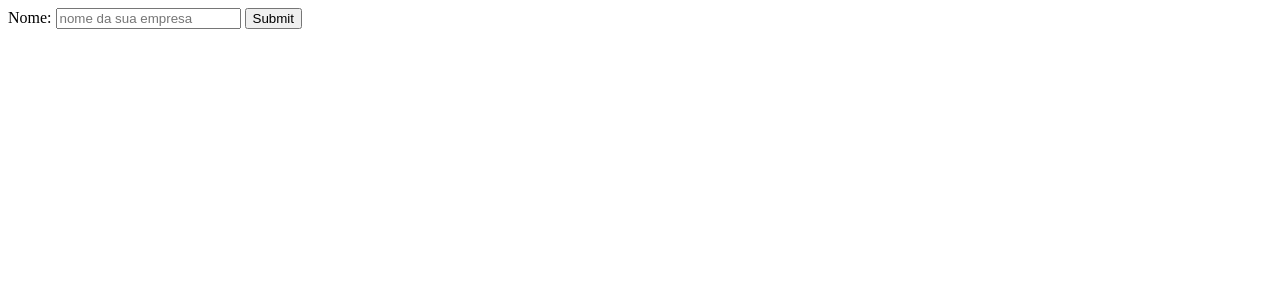
Repository: EduardoBrugneroto/basicoDeTomcat
Page: http://localhost/gerenciador/formNovaEmpresa.jsp
An editor plug-in stored every save of this project. The page is shown before and after the next save, followed by the edit.
The browser window is 1280 px wide. The pictures show the whole page.
The page is served by Tomcat 9. Other server files are loaded and not shown.

Above is the page before, as saved 2021-07-30 14:18:47.

### gerenciador/WebContent/formNovaEmpresa.jsp
<%@ page language="java" contentType="text/html; charset=ISO-8859-1"
    pageEncoding="ISO-8859-1"%>
 <%@ taglib uri="http://java.sun.com/jsp/jstl/core" prefix="c" %>

<!DOCTYPE html>
<html>
<head>
<meta charset="ISO-8859-1">
<title>Insert title here</title>
</head>
<body>



    <form action="<c:url value="/novaEmpresa" />" method="post">

        Nome: <input type="text" name="nome" placeholder="nome da sua empresa"/>

        <input type="submit" />
    </form>

</body>
</html>

After the next save:
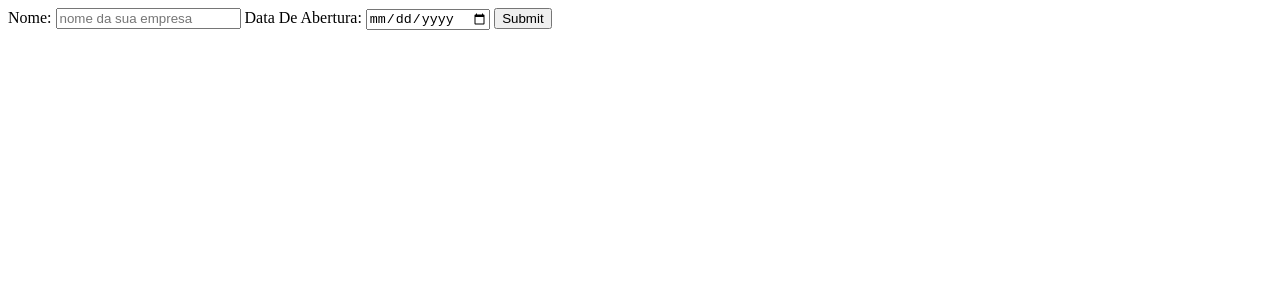
Saved 2 min 30 s later.
--- a/gerenciador/WebContent/formNovaEmpresa.jsp
+++ b/gerenciador/WebContent/formNovaEmpresa.jsp
@@ -15,6 +15,7 @@
     <form action="<c:url value="/novaEmpresa" />" method="post">
 
         Nome: <input type="text" name="nome" placeholder="nome da sua empresa"/>
+        Data De Abertura: <input type="date" name="nome" placeholder="data de criação da sua empresa"/>
 
         <input type="submit" />
     </form>
